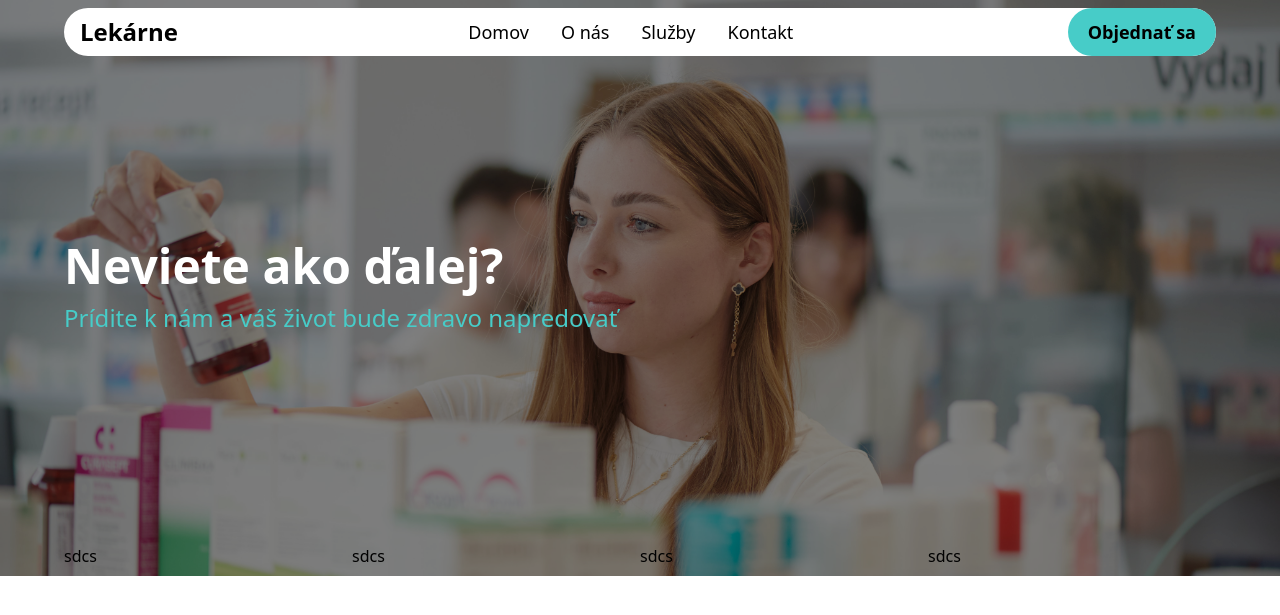
Repository: SimonSkoda13/Lekaren
Page: /
An editor plug-in stored every save of this project. The page is shown before and after the next save, followed by the edit.
The browser window is 1280 px wide. The pictures show the whole page.
The project was rebuilt for these pictures with package versions that can differ from the ones it lists, and the page was loaded fresh each time. The framework's server and built-in components were replaced by stand-ins that run in the browser. Also part of the build but not shown: next.config.js.

Above is the page before, as saved 2023-04-22 17:30:01.

After the next save:
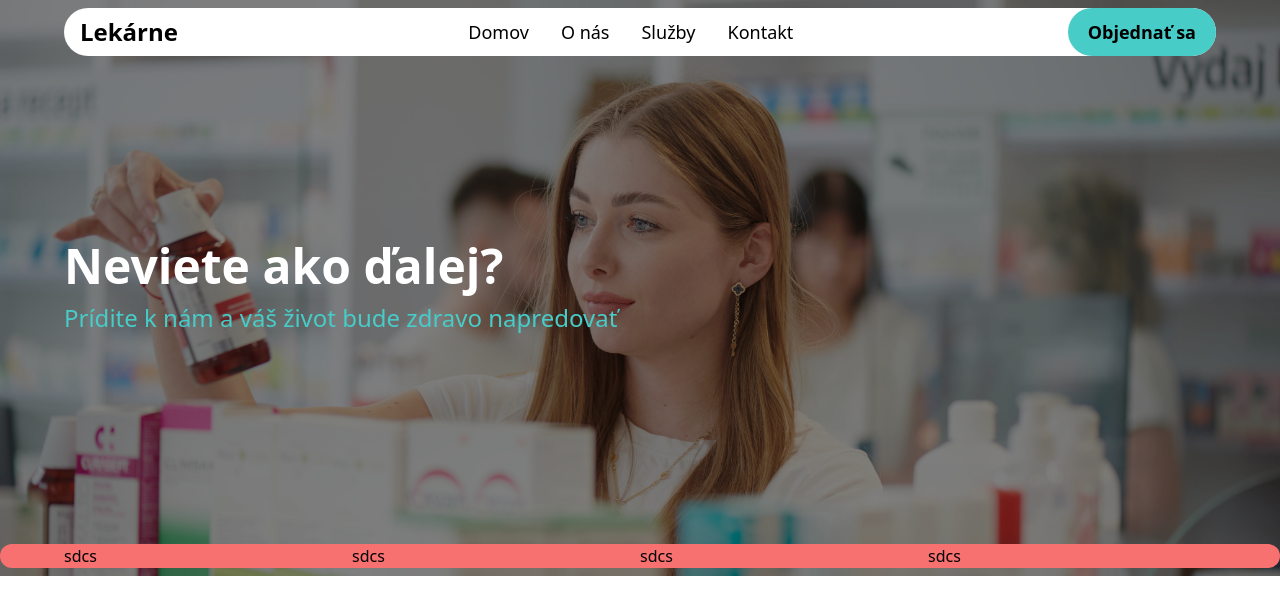
Saved 19 s later.
--- a/src/app/components/Contact/Contact.tsx
+++ b/src/app/components/Contact/Contact.tsx
@@ -11,7 +11,7 @@ export interface ContactProps {
 export const Contact = (props: ContactProps) => {
   const { items } = props;
   return (
-    <section className="cntn z-10 relative w-full top-[-2rem] grid grid-cols-2 md:grid-cols-4 items-start bg-red rounded-full">
+    <section className="cntn z-10 relative w-full top-[-2rem] grid grid-cols-2 md:grid-cols-4 items-start bg-red-400 rounded-full">
       <div>sdcs</div>
       <div>sdcs</div>
       <div>sdcs</div>
